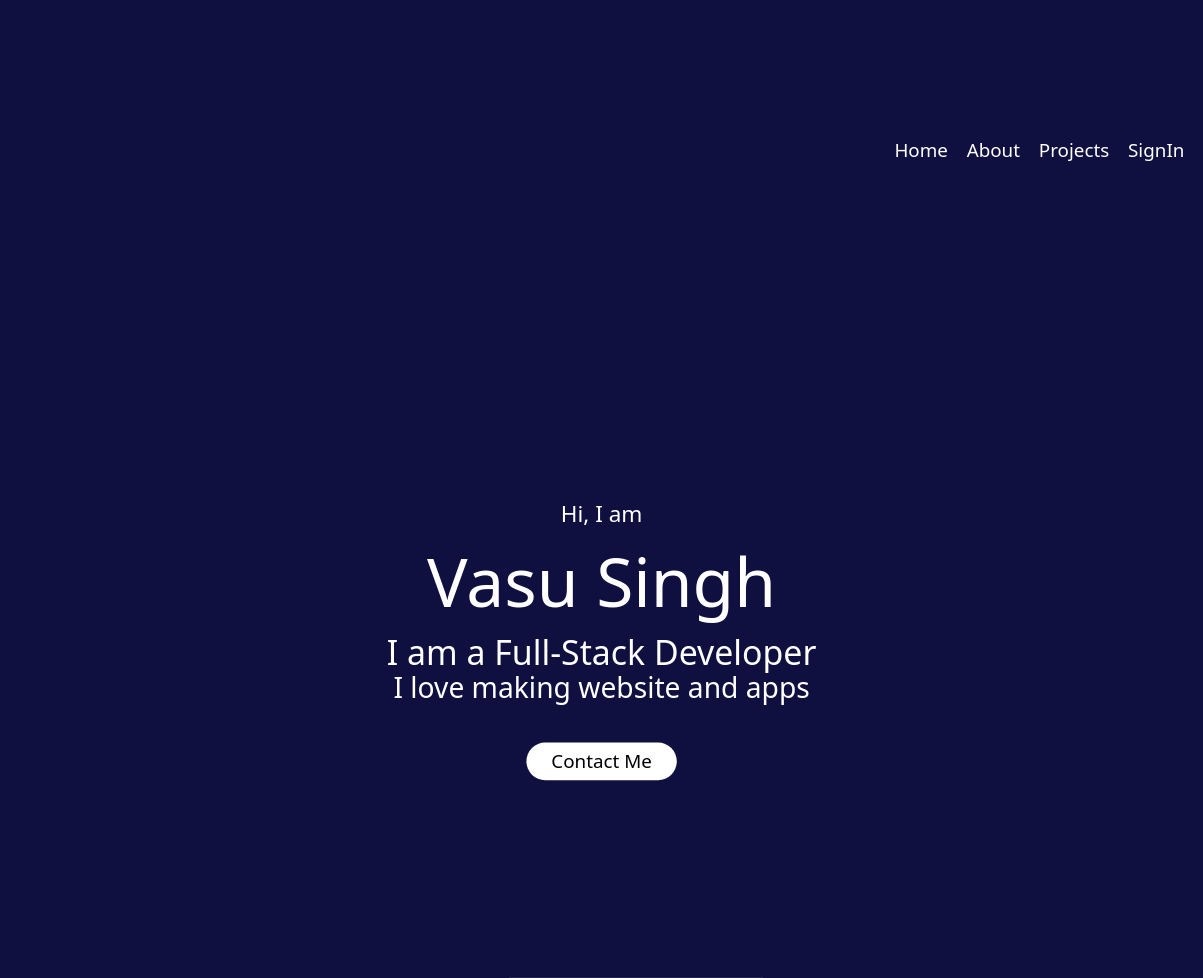
Repository: vasucp1207/vasuDev
Page: /
An editor plug-in stored every save of this project. The page is shown before and after a run of saves, followed by the edit.
The browser window is 1280 px wide. The pictures show the whole page, at 94% of full size.
The project was rebuilt for these pictures with package versions that can differ from the ones it lists, and the page was loaded fresh each time. The framework's server and built-in components were replaced by stand-ins that run in the browser. Also part of the build but not shown: next.config.js.

Above is the page before, as saved 2022-07-17 23:11:08.

After the next 2 saves:
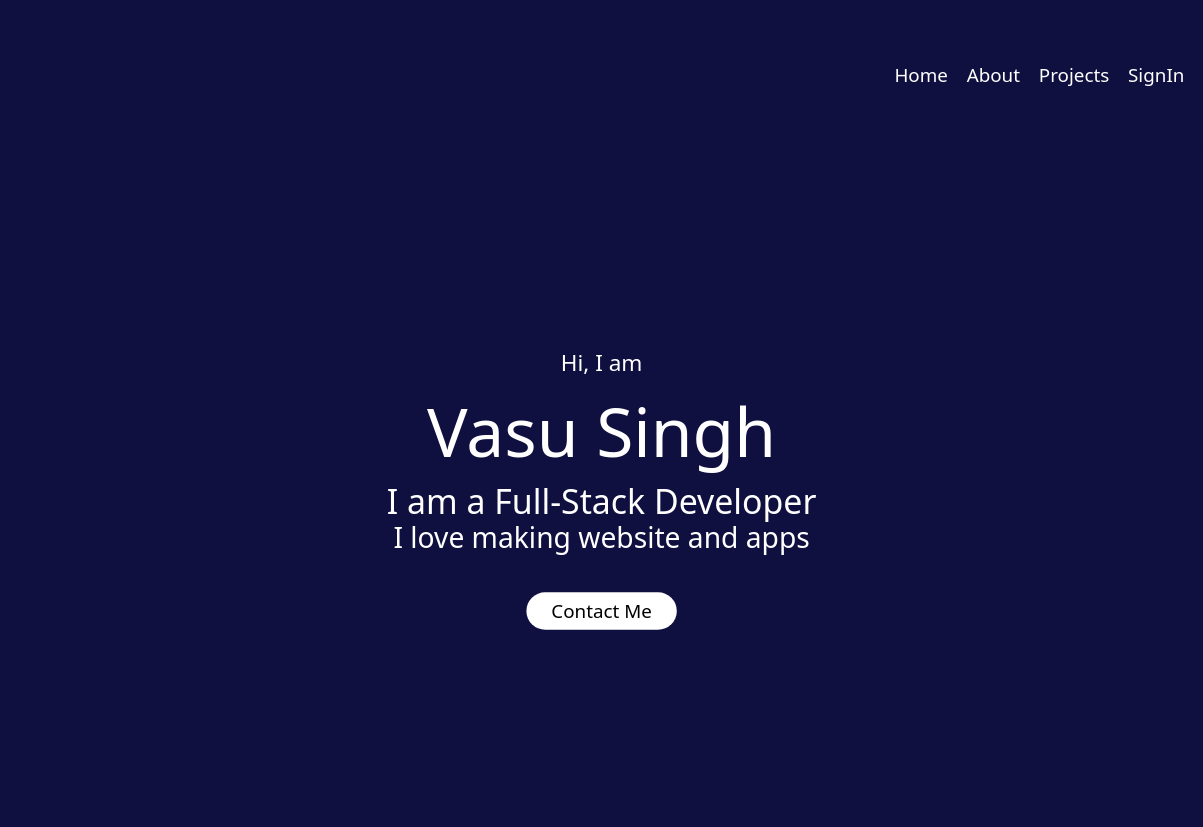
The 2 saves are shown as one change because they came seconds apart.
The last was saved 6 s later.
--- a/pages/Navbar.tsx
+++ b/pages/Navbar.tsx
@@ -2,7 +2,7 @@ import React from 'react'
 
 function Navbar() {
   return (
-    <div className='h-80 bg-transparent flex justify-end items-center'>
+    <div className='h-40 bg-transparent flex justify-end items-center'>
         <div className='flex space-x-5 text-xl font-normal mr-5'>
             <p>Home</p>
             <p>About</p>
